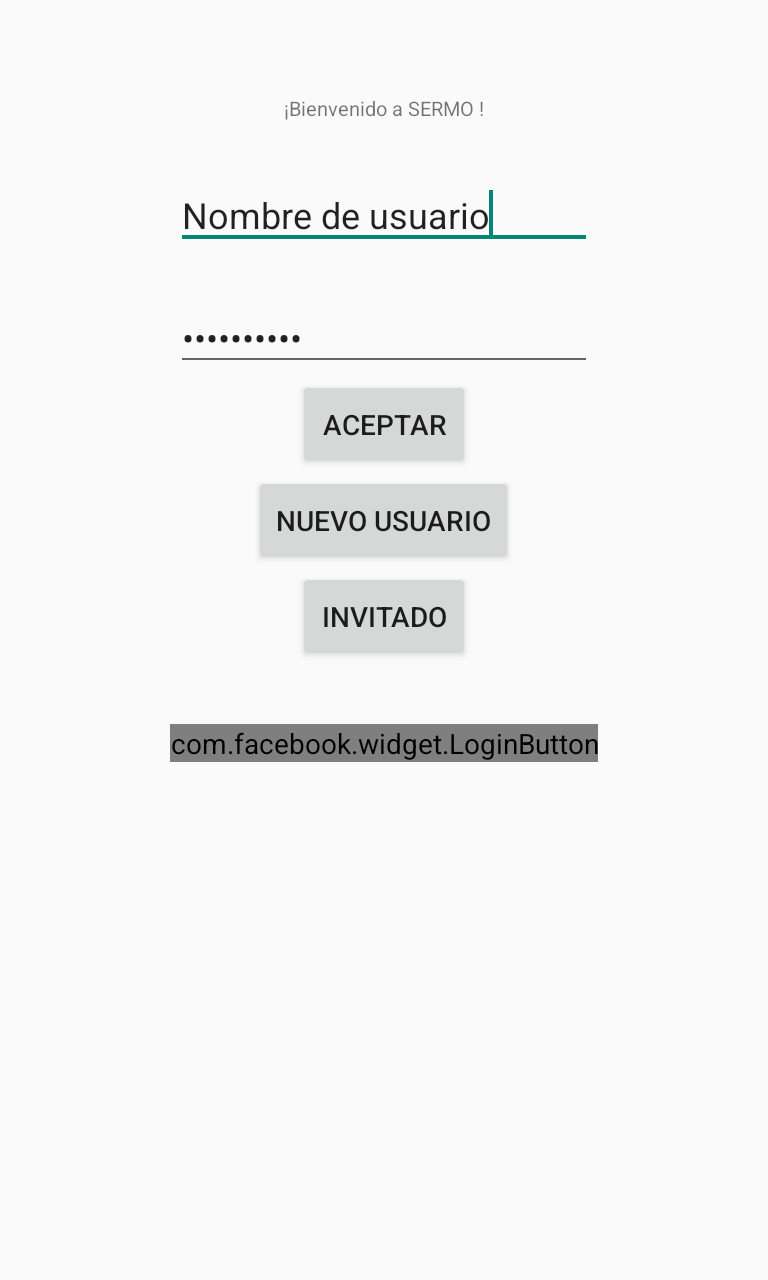
Repository: MVidi/juegos
Layout: SermoJuego/res/layout/pantallaprimera.xml
An editor plug-in stored every save of this project. The layout is shown before and after the next save, followed by the edit.
Pictures or frames that could not be fetched are drawn as grey boxes. It is drawn on a 768 x 1280 px phone screen (xhdpi) without system bars, with theme AppTheme; the app's code is not run.

Above is the layout before, as saved 2014-08-11 16:07:31.

### SermoJuego/res/layout/pantallaprimera.xml
<RelativeLayout xmlns:android="http://schemas.android.com/apk/res/android"
    xmlns:tools="http://schemas.android.com/tools"
    android:id="@+id/container"
    android:layout_width="match_parent"
    android:layout_height="match_parent"
    tools:context=".pantallaInicioActivity"
    tools:ignore="MergeRootFrame" >

    <TextView
        android:id="@+id/TituloPI"
        android:layout_width="wrap_content"
        android:layout_height="wrap_content"
        android:layout_alignParentTop="true"
        android:layout_centerHorizontal="true"
        android:layout_marginTop="47dp"
        android:text="@string/juego"
        android:textSize="10sp" />

    <EditText
        android:id="@+id/contrasenaPI"
        android:layout_width="wrap_content"
        android:layout_height="wrap_content"
        android:layout_centerHorizontal="true"
        android:layout_below="@+id/usuarioPI"
        android:layout_marginTop="20dp"
        android:ems="10"
        android:inputType="textPassword"
        android:onClick="clicarContrasena"
        android:text="@string/Contrasena" />

    <EditText
        android:id="@+id/usuarioPI"
        android:layout_width="wrap_content"
        android:layout_height="wrap_content"
        android:layout_below="@+id/TituloPI"
        android:layout_centerHorizontal="true"
        android:layout_marginTop="24dp"
        android:ems="10"
        android:inputType="textPersonName"
        android:onClick="clicarUsuario"
        android:text="@string/Usuario" >

        <requestFocus />
    </EditText>

    <Button
        android:id="@+id/aceptarPI"
        android:layout_width="wrap_content"
        android:layout_height="wrap_content"
        android:layout_centerHorizontal="true"
        android:layout_below="@+id/contrasenaPI"
        android:onClick="aceptarPulsado"
        android:text="@string/Aceptar" />

    <Button
        android:id="@+id/nuevoUsuarioPI"
        android:layout_width="wrap_content"
        android:layout_height="wrap_content"
        android:layout_below="@+id/aceptarPI"
        android:layout_centerHorizontal="true"
        android:text="@string/nuevoUsuario" />

    <Button
        android:id="@+id/invitadoPI"
        android:layout_width="wrap_content"
        android:layout_height="wrap_content"
  		android:layout_centerHorizontal="true"
        android:layout_below="@+id/nuevoUsuarioPI"
        android:text="@string/Invitado"
    	android:onClick="conectarMongo" />


    <com.facebook.widget.LoginButton
        android:id="@+id/authButton"
        android:layout_width="wrap_content"
        android:layout_height="wrap_content"
        android:layout_below="@+id/invitadoPI"
        android:layout_centerHorizontal="true"
        android:layout_marginTop="30dp"
        />

</RelativeLayout>

### SermoJuego/res/values/strings.xml
<?xml version="1.0" encoding="utf-8"?>
<resources>

    <string name="app_name">SERMO</string>
    <string name="hello_world">Hello world!</string>
    <string name="juego">¡Bienvenido a SERMO !</string>
    <string name="action_settings">Settings</string>
  	<string name="Usuario">Nombre de usuario</string>
  	<string name="Contrasena">Contraseña</string>
  	<string name="Aceptar">Aceptar</string>
  	<string name="Invitado">Invitado</string>
  	<string name="nuevoUsuario">Nuevo Usuario</string>
  	<string name="jugar">jugar</string>
  	<string name="amigos">Amigos</string>
  	<string name="configurar">Configuración</string>
  	<string name="tipopartida">Seleccione tipo de partida</string>
</resources>

Loaded but not shown: SermoJuego/res/values/styles.xml (common file); SermoJuego/res/values-v11/styles.xml (common file); SermoJuego/res/values-v14/styles.xml (common file)

After the next save:
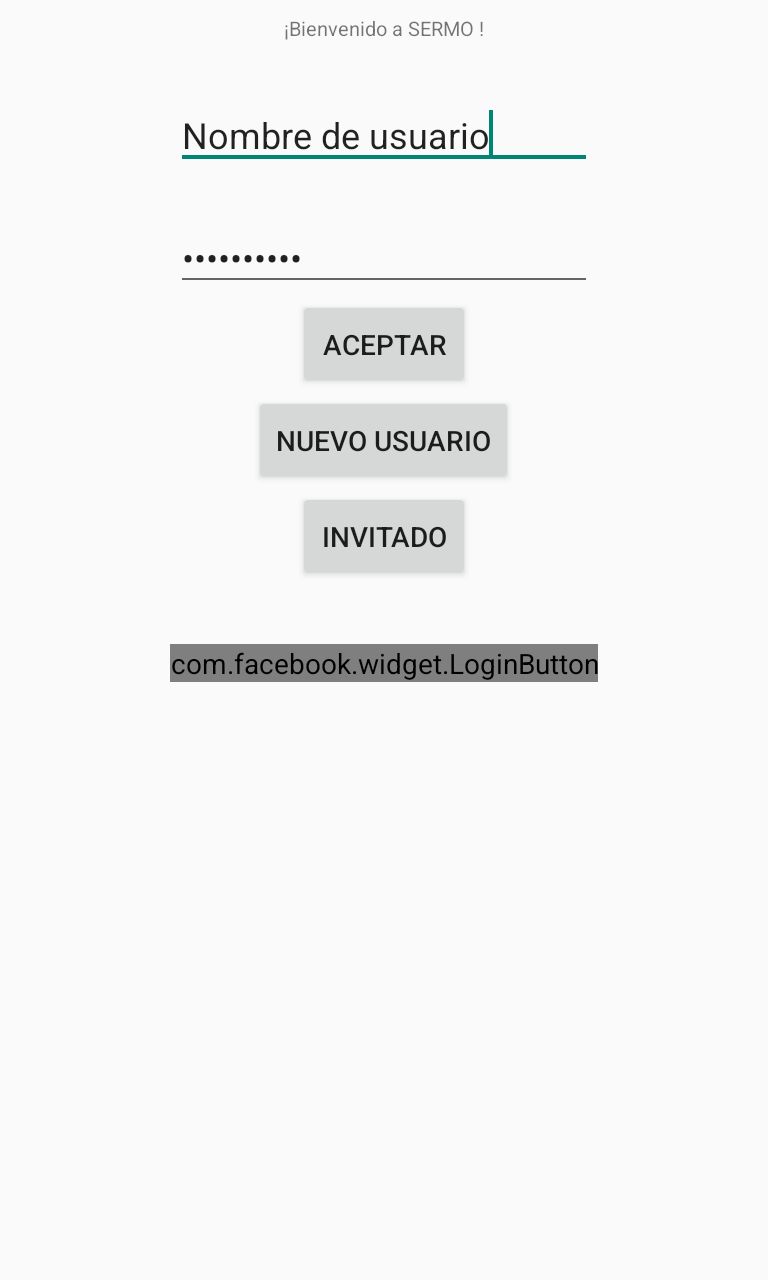
Saved 14 s later.
--- a/SermoJuego/res/layout/pantallaprimera.xml
+++ b/SermoJuego/res/layout/pantallaprimera.xml
@@ -12,7 +12,7 @@
         android:layout_height="wrap_content"
         android:layout_alignParentTop="true"
         android:layout_centerHorizontal="true"
-        android:layout_marginTop="47dp"
+        android:layout_marginTop="7dp"
         android:text="@string/juego"
         android:textSize="10sp" />
 
